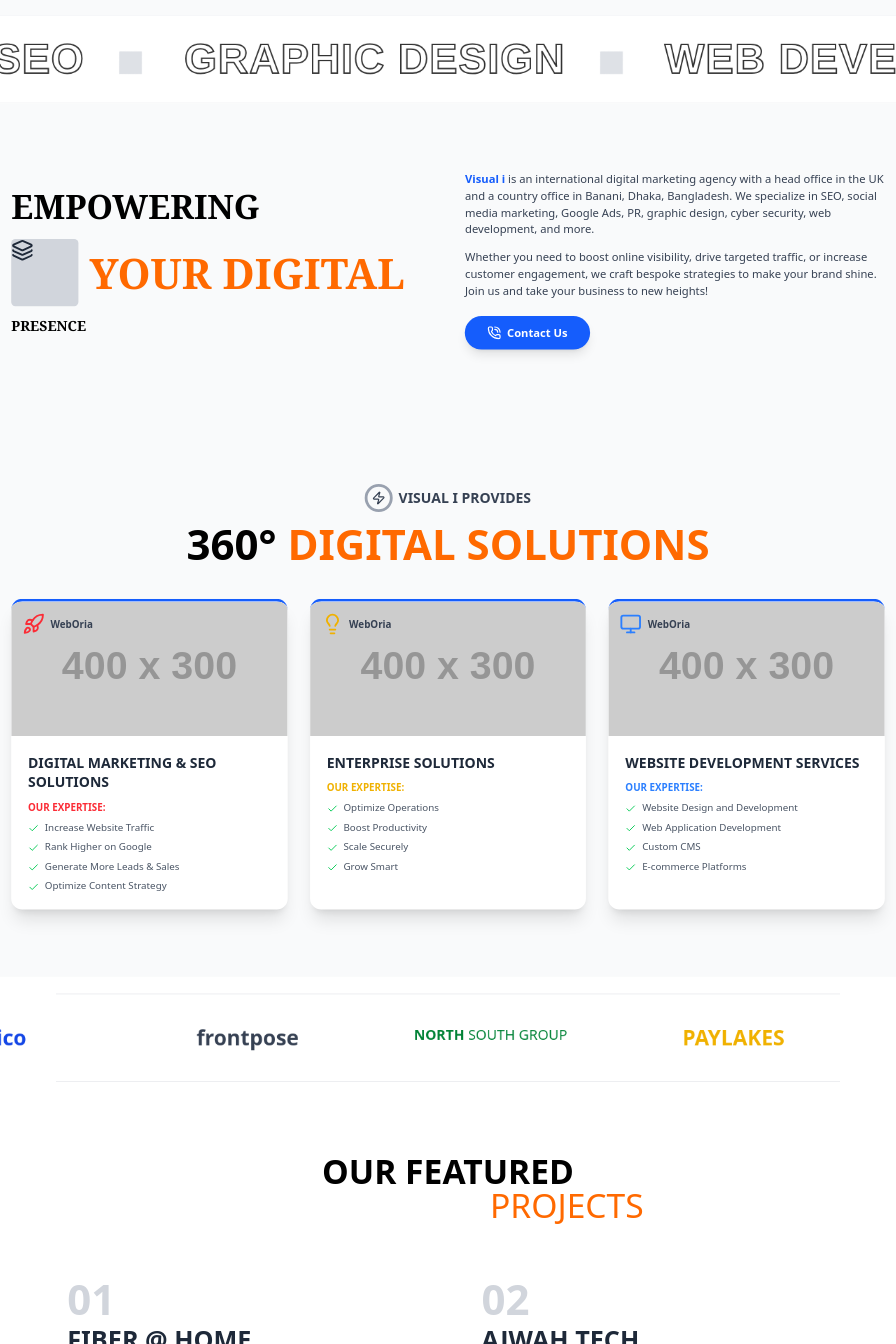
Repository: mdmuhibullahhabib/weboria
Page: /
An editor plug-in stored every save of this project. The page is shown before and after the next save, followed by the edit.
The browser window is 1280 px wide. The pictures show the part of the page from y = 1548 to 3468 px (the page is 9044 px tall before and 9051 px after), at 70% of full size.
The project was rebuilt for these pictures with package versions that can differ from the ones it lists, and the page was loaded fresh each time. Some packages were replaced by stand-ins written for this rebuild. The framework's server and built-in components were replaced by stand-ins that run in the browser. Also part of the build but not shown: next.config.mjs.

Above is the page before, as saved 2025-10-03 12:48:53.

After the next save:
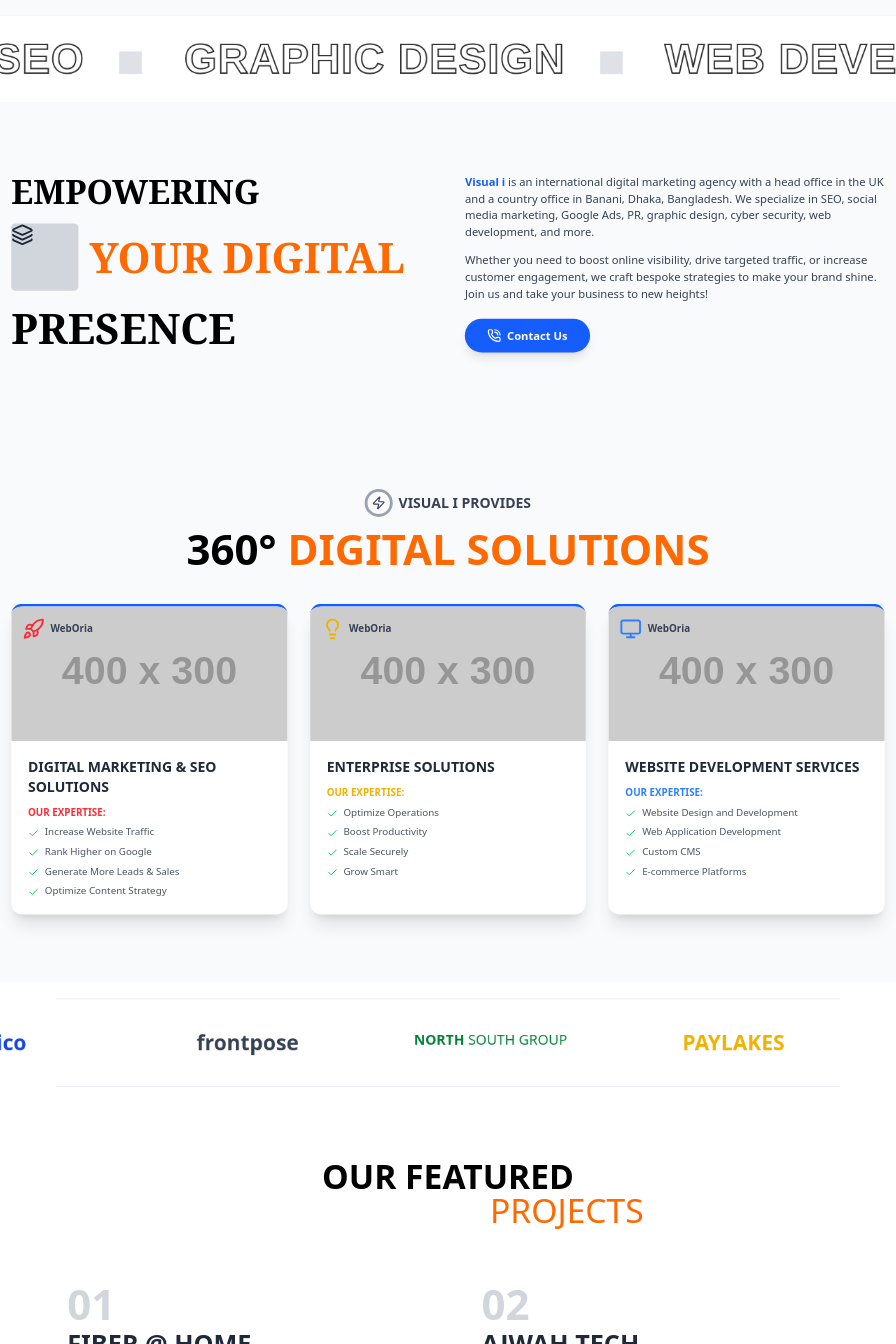
Saved 4 s later.
--- a/src/components/Service.jsx
+++ b/src/components/Service.jsx
@@ -59,7 +59,7 @@ const Service = () => {
                     YOUR DIGITAL
                   </p>
                 </div>
-                <p className="text-7xl md:text-xl font-serif font-extrabold text-black leading-tight">
+                <p className="text-7xl md:text-6xl font-serif font-extrabold text-black leading-tight">
                   PRESENCE
                 </p>
               </div>
